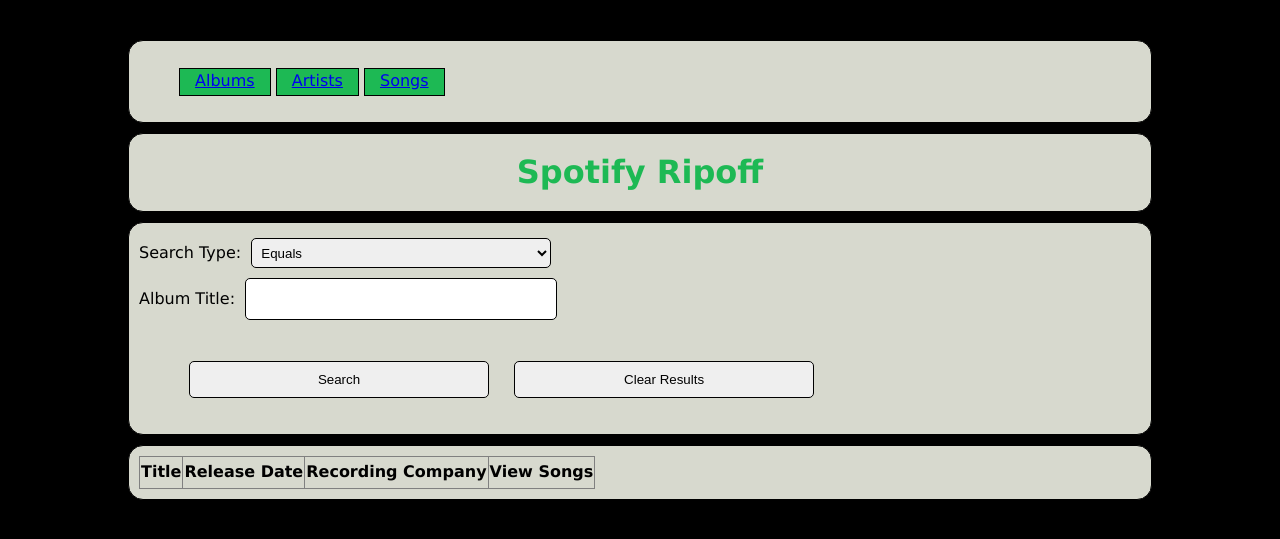
Repository: RRGTHWAR/bkg16_INFSCI1017
Page: bkg16_Music_FinalProject/WebContent/album.html
The author's editor kept a copy of each file at every save. The page is drawn from the files as they stood at one save, then again after the next save.
The browser window is 1280 px wide. The pictures show the whole page.

Above is the page before, as saved 2019-04-12 13:12:53.

### bkg16_Music_FinalProject/WebContent/album.html
<!DOCTYPE html>
<html>
<head>
<meta charset="UTF-8">
<title>Albums</title>
<link href="css/style.css" rel="stylesheet" type="text/css" />
<script src="js/jquery-3.3.1.min.js"></script>
</head>
<body>
	<div id="navBar">
		<ul>
			<li><a href="album.html" title="Albums">Albums</a></li>
			<li><a href="artist.html" title="Artists">Artists</a></li>
			<li><a href="song.html" title="Songs">Songs</a></li>
		</ul>
	</div>
	<h1 id="mainHeader" >Spotify Ripoff</h1>
	<div id="albumSearch" class="searchBox" >
		<div>
			Search Type:
			<select name="searchType" id="searchType" class="textField">
				<option value="equals">Equals</option>
				<option value="begins">Begins</option>
				<option value="ends">Ends</option>
				<option value="contains">Contains</option>
				<option value="">All</option>
			</select>
		</div>
		<div>
			Album Title: <input type="text" id="albumTitle" name="albumTitle" value="" class="textField" />
		</div>
		<div id="btns" >
			<ul>
				<li><input type="button" id="btnSearch" name="btnSubmit" class="actButton" value="Search" /></li>
				<li><input type="button" id="btnClear" name ="btnClear" class="actButton" value="Clear Results" /></li>
			</ul>
		</div>
	</div>

	<div id="searchResults">
		<table border="1" id="tblSearchResults">
			<tr>
				<th>Title</th>
				<th>Release Date</th>
				<th>Recording Company</th>
				<th>View Songs</th>
			</tr>
		</table>
	</div>

	</body>
	<script>
		$(document).ready(function (){
			$("#btnClear").click(function (){
				clearResultsTable();
			});
			$("#btnSearch").click(function (){
				search();
			});

			$("#albumTitle").keyup(function(){
				var keyPressed = $("#albumTitle").val();
				if(keyPressed.length > 2) {
					search();
				} else {
					clearResultsTable();
				}

			});
		});

		function search(optSearchType){
			var albumTitle = $("#albumTitle").val();
			var searchType = "";

			//Logic for dealing with optional parameters
			if(optSearchType === undefined) {
				var searchType = $("#searchType").val();
			} else{
				searchType = optSearchType;
			}
			// console.log("Song: " + albumTitle);
			// console.log("SearchType: " + searchType);
			var url = "AlbumListWS?albumTitle=" + albumTitle + "&searchType=" + searchType;
			// console.log(url);
			$.get(url, function(resp){
				parseAlbumData(resp);
			})
		}

		function parseAlbumData(data){
			//$("#searchResults").text(JSON.stringify(data));
			clearResultsTable();
			var result = "";

			for(var i=0; i < data.length; i++) {
				var tr = $("<tr></tr>"); //Created empty html table row

				//First data cell
				var td = $("<td></td>"); //Created empty html table data
				td.html(data[i].title);
				tr.append(td);

				//Second data cell
				td = $("<td></td>"); //Note that we don't need to redeclare this
				td.html(data[i].release_date);
				tr.append(td);

				//Third data cell
				td = $("<td></td>"); //Note that we don't need to redeclare this
				td.html(data[i].recording_company_name);
				tr.append(td);

				//Fourth data cell
				td = $("<td></td>"); //Note that we don't need to redeclare this
				td.html(data[i].album_id);
				tr.append(td);

				//Append row to table
				$("#tblSearchResults").append(tr);
				//result += 'Title: ' + data[i].title + '<br />';
			}

			//$("#searchResults").html(result);
		}

		//Source: https://stackoverflow.com/questions/2620181/clear-table-jquery
		function clearResultsTable() {
			$("#tblSearchResults td").parent().remove();
		}

		//Source: https://memorynotfound.com/detect-enter-keypress-javascript-jquery/
		$(document).keypress(function(e) {
			var keycode = (e.keyCode ? e.keyCode : e.which);
			if (keycode == '13') {
				$("#btnSearch").click();
			}
		});


	</script>
</html>

### bkg16_Music_FinalProject/WebContent/css/style.css
@charset "UTF-8";

html, body {
	background-color: black;
}

body {
	font-family: Verdana, Geneva, sans-serif;
	font-size: 100%;
	width: 80%;
	margin-right: auto;
	margin-left: auto;
	padding: 2.5% 2.5% 0;
	line-height: 1.8;
}

h1, h2, h3, h4, h5, h6, p {
	margin: 0;
	padding: 0;
}

h1, h2, h3, h4, h5, h6 {
	color: #1DB954;
}

p {
	margin-bottom: 1em;
}

#navBar {
	background-color: #D7D9CE;
	border: 1px solid #000;
	padding: 10px;
	border-radius: 15px;
}

#navBar ul li {
	background-color: #1DB954;
	margin-left: 0;
	margin-bottom: 10px;
	padding: 2px 15px 5px;
	border: 1px solid #000;
	list-style: none;
	display: inline;
}

#mainHeader {
	background-color: #D7D9CE;
	border: 1px solid #000;
	padding: 10px;
	margin-top: 10px;
	border-radius: 15px;
	text-align: center;
}

.searchBox {
	background-color: #D7D9CE;
	border: 1px solid #000;
	padding: 10px;
	margin-top: 10px;
	border-radius: 15px;
	margin-bottom: 10px;
}

.textField {
	border: 1px solid #000;
	border-radius: 5px;
	padding: 5px;
	margin: 5px;
	width: 300px;
	height: 30px;
}

#searchResults {
	background-color: #D7D9CE;
	border: 1px solid #000;
	padding: 10px;
	margin-top: 10px;
	border-radius: 15px;
	display: block;
	margin: 0 auto;
}

#btns ul li {
	padding: 10px;
	margin-top: 10px;
	border-radius: 15px;
	text-align: center;
	list-style: none;
	display: inline-block;
}

input[type=button] {
	border: 1px solid #000;
	padding: 10px;
	border-radius: 5px;
	display: inline-block;
	margin: 0 auto;
	width: 300px;
}

#tblSearchResults {
	border-collapse: collapse;
}

#tblSearchResults tr th td {
	border: 1px solid #000;
	padding: 5px;
	border-collapse: collapse;
	display: inline-block;
	margin: 0 auto;
	text-align: center;
}

Loaded but not shown: bkg16_Music_FinalProject/WebContent/js/jquery-3.3.1.min.js (library)

After the next save:
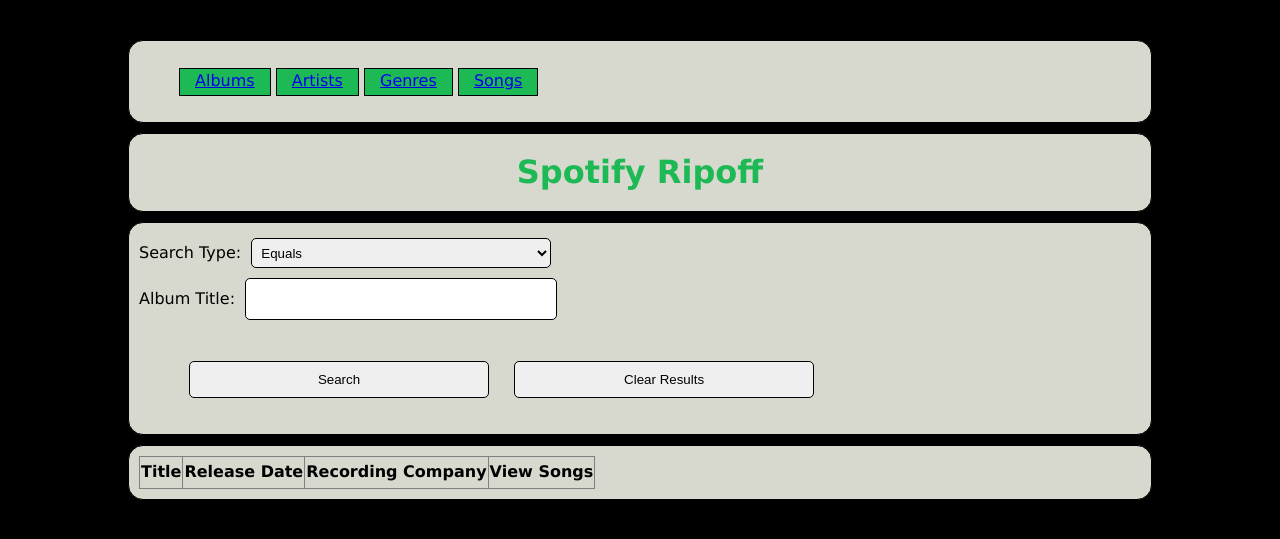
Saved 79 s later.
--- a/bkg16_Music_FinalProject/WebContent/album.html
+++ b/bkg16_Music_FinalProject/WebContent/album.html
@@ -11,6 +11,7 @@
 		<ul>
 			<li><a href="album.html" title="Albums">Albums</a></li>
 			<li><a href="artist.html" title="Artists">Artists</a></li>
+			<li><a href="genre.html" title="Genres">Genres</a></li>
 			<li><a href="song.html" title="Songs">Songs</a></li>
 		</ul>
 	</div>
